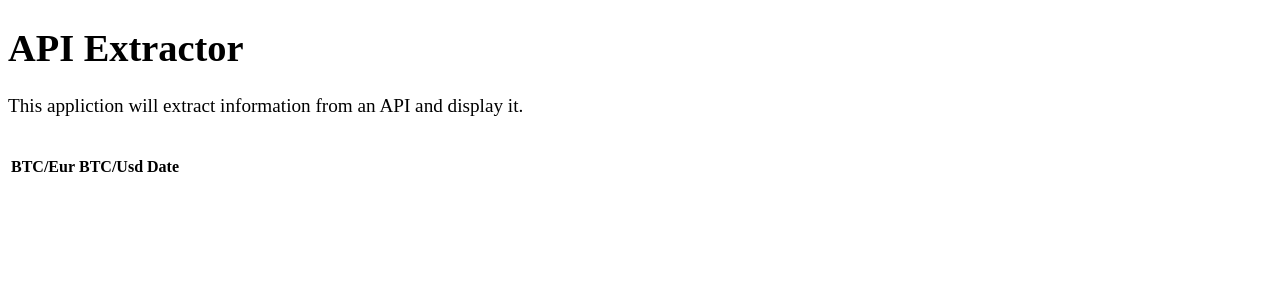
Repository: vxyux/api-extraction
Page: index.html
These files come from the project's save history. The page is drawn as it stood at one moment and after a run of saves; the edit follows.
The browser window is 1280 px wide. The pictures show the whole page.
The page's requests for data from a server got no answer.

Above is the page before, as saved 2023-09-05 10:33:23.

### index.html
<!DOCTYPE html>
<html lang="en">
<head>
  <meta charset="UTF-8">
  <meta name="viewport" content="width=device-width, initial-scale=1.0">
  <title>Document</title>
  <link rel="stylesheet" href="stylesheet.css">
  <script src="app.js"></script>
</head>
<body>
  <div class="center">
    <h1>API Extractor</h1>
    <p>This appliction will extract information from an API and display it.</p>
  </div>

  <img src="" id="loading" alt="">

  <table>
  <tr>
    <th>BTC/Eur</th>
    <th>BTC/Usd</th>
    <th>Date</th>
  </tr>
  <tr>
    <td><div id="rate-eur"></div></td>
    <td><div id="rate-usd"></div></td>
    <td><div id="date"></div></td>
  </tr>
</table>
</body>
</html>

### stylesheet.css
.center {
  align-items: center;
  font-size: 120%;
}

### app.js
const api_url = 'https://api.coindesk.com/v1/bpi/currentprice.json';

async function getapi(url) {
  const response = await fetch(url);

  var data = await response.json();

  console.log(data.bpi.EUR.rate);

  if (response) {
    hideloader();
  }
  show(data);
}

getapi(api_url);

function hideloader() {
  document.getElementById('loading').style.display = 'none';
}

function show(data) {
  var rate_eur = data.bpi.EUR.rate;
  var rate_usd = data.bpi.USD.rate;
  var date = data.time.updated;

  document.getElementById('rate-eur').innerHTML =
    '<p>' + rate_eur + '</p>';

  document.getElementById('rate-usd').innerHTML =
    '<p>' + rate_usd + '</p>';

  document.getElementById('date').innerHTML =
    '<p>' + date + '</p>';
}

After the next 2 saves:
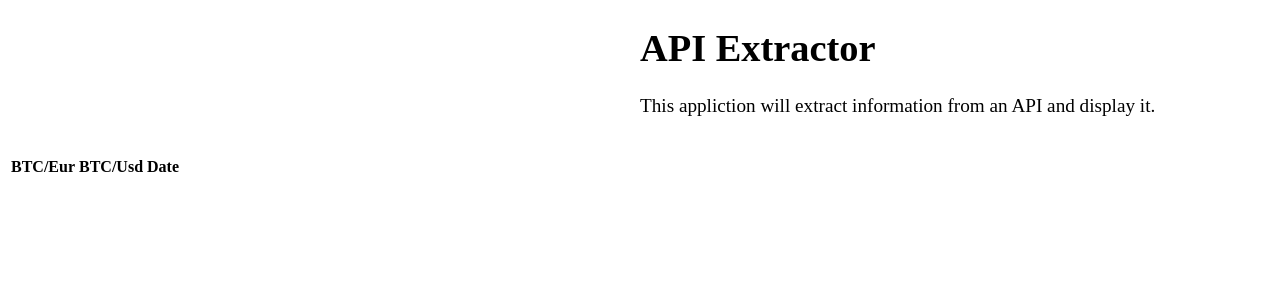
The 2 saves are shown as one change because they came seconds apart.
The last was saved 6 s later.
--- a/stylesheet.css
+++ b/stylesheet.css
@@ -1,4 +1,4 @@
 .center {
-  align-items: center;
+  margin-left: 50%;
   font-size: 120%;
 }
